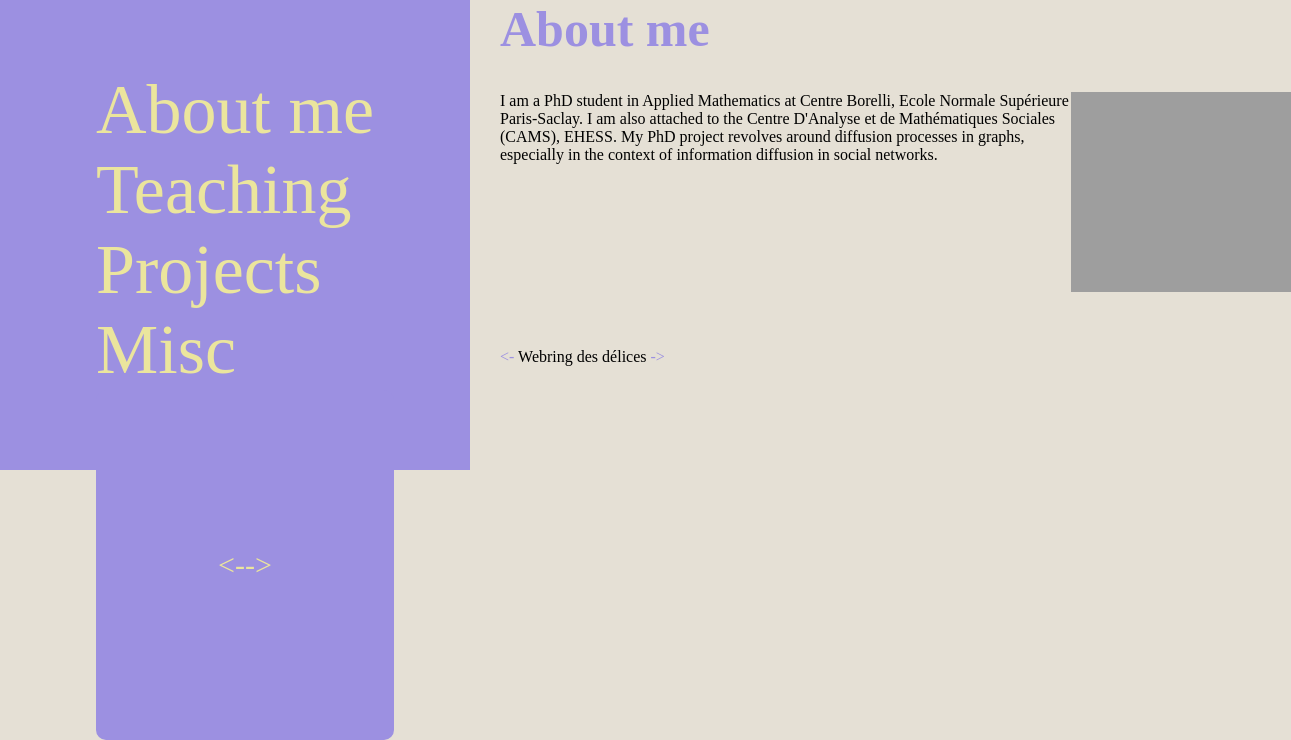
Repository: gaetanserre/gas-abel.github.io
Page: .vscode/gas-abel.github.io/index.html
The author's editor kept a copy of each file at every save. The page is drawn from the files as they stood at one save, then again after the next save.
The browser window is 1280 px wide. The page is 1291 px wide, so the pictures cover 1291 px, including what lies to the right of the window. The pictures show the whole page.
Pictures or frames that could not be fetched are drawn as grey boxes. Some web fonts or font styles are not loaded; a fallback is used.

Above is the page before, as saved 2025-06-23 09:43:56.

After the next save:
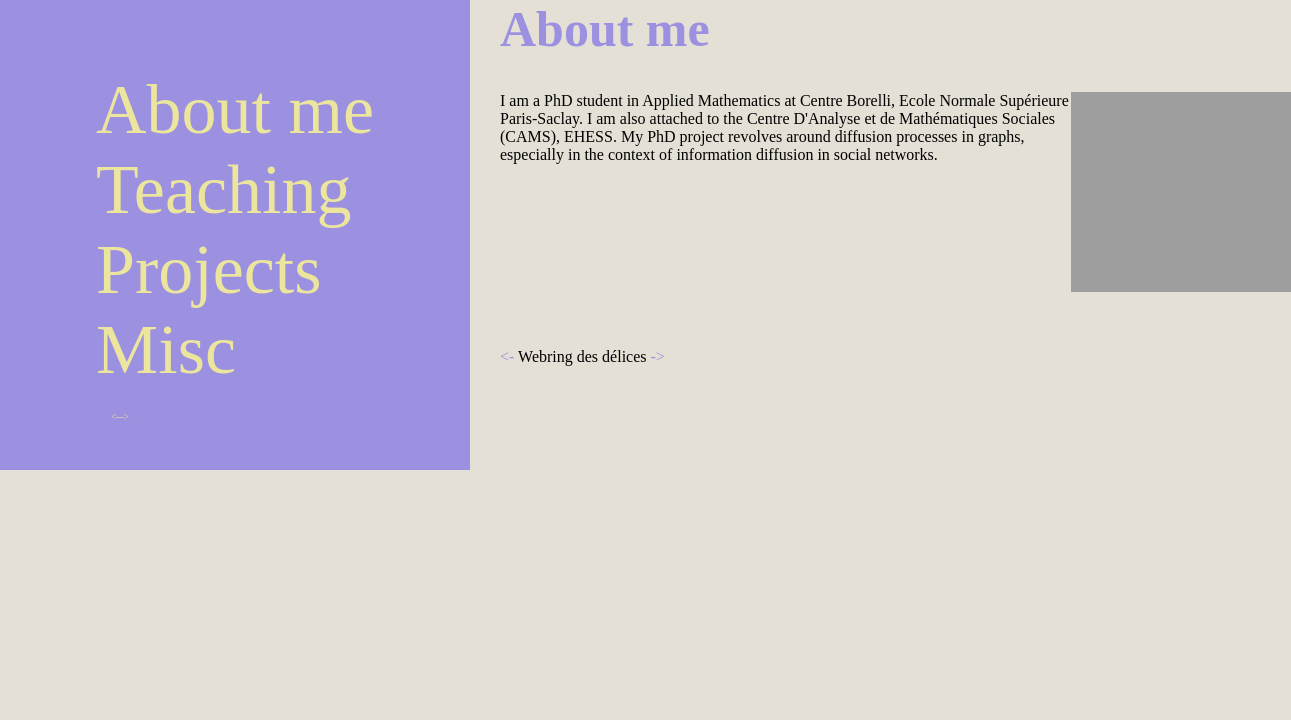
Saved 110 s later.
--- a/.vscode/gas-abel.github.io/style.css
+++ b/.vscode/gas-abel.github.io/style.css
@@ -88,13 +88,13 @@ a {
 .navbar webring {
     margin-top: 0px;
     margin-left: 0px;
-    width: 100%;
-    height: 100%;
+    width: 10%;
+    height: 10%;
     display: flex;
     justify-content: center;
     align-items: center;
     font-family: DaddyTime;
-    font-size: 30px;
+    font-size: 10px;
     color: var(--bg-color);
     background-color: var(--h1-bg-color);
     border-radius: 10px;
